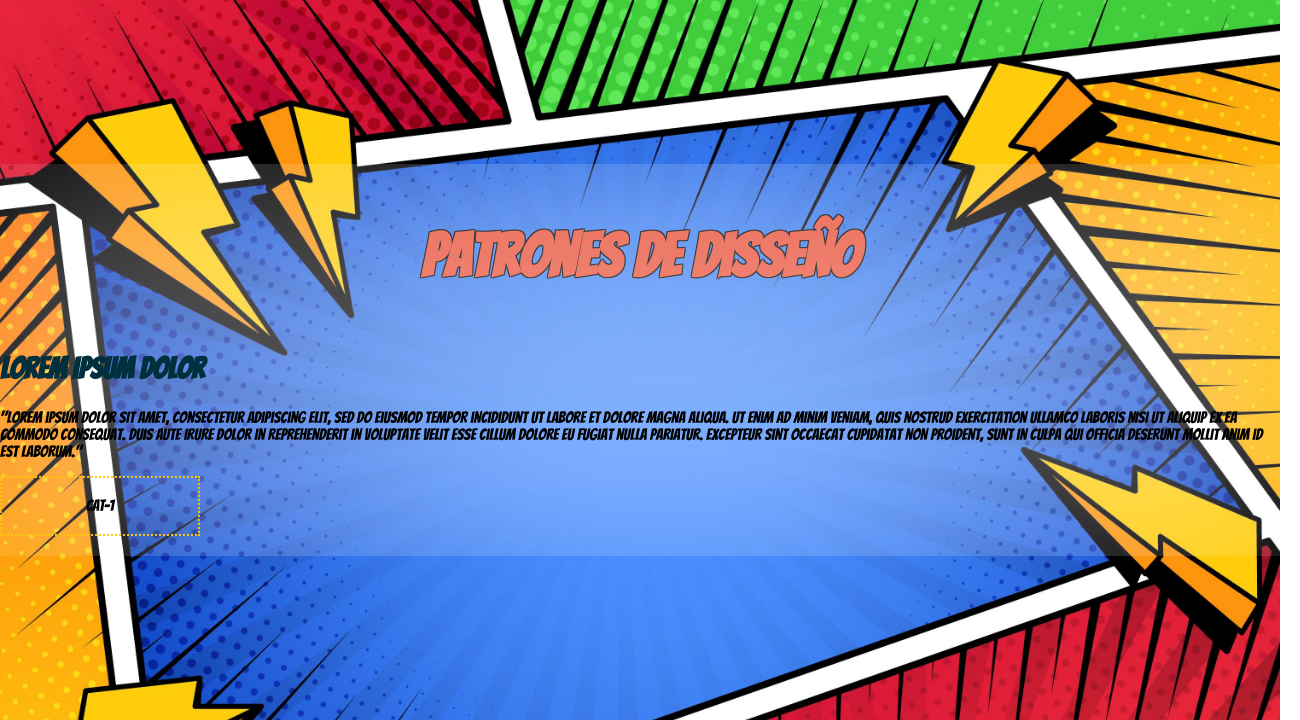
Repository: nrsWebs/design-pattern-es
Page: index.html
An editor plug-in stored every save of this project. The page is shown before and after the next save, followed by the edit.
The browser window is 1280 px wide. The page is 1300 px wide, so the pictures cover 1300 px, including what lies to the right of the window. The pictures show the whole page.

Above is the page before, as saved 2021-02-06 20:01:54.

After the next save:
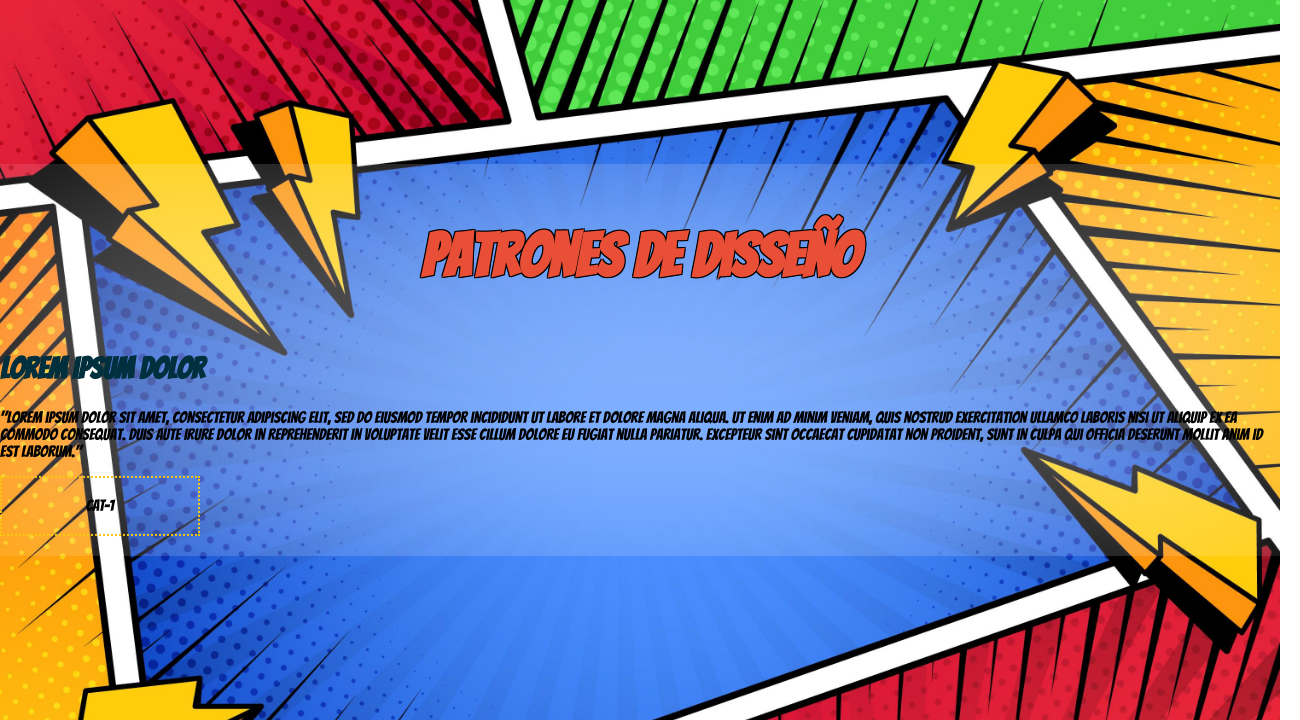
Saved 13 s later.
--- a/source/main.css
+++ b/source/main.css
@@ -31,6 +31,7 @@ h1{
     color: var(--secondary);
     font-size: 60px;
     text-shadow: -1px 1px 0 #000, 1px 1px 0 #000, 1px -1px 0 #000, -1px -1px 0 #000;
+    z-index: 99;
 }
 h2{
     color: var(--auxiliar);
